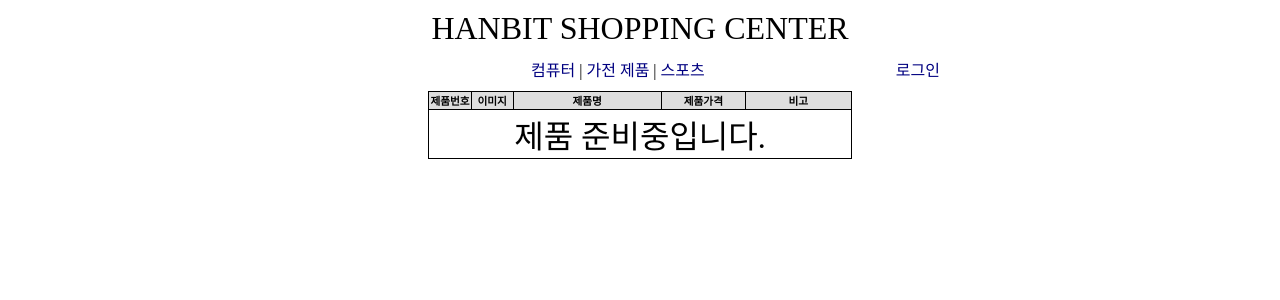
Repository: xlz5000/ICT
Page: http://localhost/spring_mvc02/WEB-INF/views/day08/product_list.jsp
These files come from the project's save history. The page is drawn as it stood at one moment and after the next save; the edit follows.
The browser window is 1280 px wide. The pictures show the whole page.
The page is served by Tomcat 9. Nobody is signed in. Other server files are loaded and not shown. The template is opened directly, without the code that normally fills it, so the values that code supplies are empty.

Above is the page before, as saved 2025-04-16 03:19:19.

### spring_mvc02/src/main/webapp/WEB-INF/views/day08/product_list.jsp
<%@ page language="java" contentType="text/html; charset=UTF-8"
	pageEncoding="UTF-8"%>

<%@ taglib prefix="c" uri="http://java.sun.com/jsp/jstl/core" %>
<%@ taglib prefix="fmt" uri="http://java.sun.com/jsp/jstl/fmt" %>
<!DOCTYPE html>
<html>
<head>
<meta charset="UTF-8">
<title>Insert title here</title>
<style type="text/css">
table {
	margin: 10px auto;
	width: 600;
	border-collapse: collapse;
	font-size: 8pt;
	border-color: navy;
}

table, th, td {
	border: 1px solid black;
}

img{
	width: 100px;

}

div#log{
float: right;

}
</style>
</head>
<body>
<%@ include file="top.jsp" %>
	<table>
	<thead>
		<tr bgcolor="#dedede">
			<th width="10%">제품번호</th>
			<th width="10%">이미지</th>
			<th width="35%">제품명</th>
			<th width="20%">제품가격</th>
			<th width="25%">비고</th>
		</tr>
	</thead>
	<tbody>
		<c:choose>
			<c:when test="${empty shop_list}">
				<tr >
					<td colspan="5"><span style="font-size: 32px; margin-top: 30px; ">제품 준비중입니다.</span></td>
				</tr>
			</c:when>
			<c:otherwise>
				<c:forEach var="k" items="${shop_list }">
					<tr>

						<td>${k.p_num}</td>
						<td><img src='<c:url value="/resources/images/${k.p_image_s }" />'></td>
						<td><a href="/shop_detail?shop_idx=${k.shop_idx}">${k.p_name}</a></td>
						<td>할인가 : <fmt:formatNumber value="${k.p_saleprice }" pattern="#, ##0" />원
						<br><span style="color:red;">(할인률 : ${k.getPercent()}%)</span></td>


						<td>시중가  : <fmt:formatNumber value="${k.p_price }" pattern="#, ##0" /> 원</td>

					</tr>

				</c:forEach>

			</c:otherwise>


		</c:choose>
	</tbody>
	</table>
</body>
</html>

### spring_mvc02/src/main/webapp/WEB-INF/views/day08/top.jsp
<%@ page language="java" contentType="text/html; charset=UTF-8"
	pageEncoding="UTF-8"%>
<%@ taglib prefix="c" uri="http://java.sun.com/jsp/jstl/core" %>
<!DOCTYPE html>
<html>
<head>
<meta charset="UTF-8">
<title>Insert title here</title>
<style>
a:link {
	text-decoration: none;
	color: navy
}

a:visited {
	text-decoration: none;
	color: navy
}

a:hover {
	text-decoration: none;
	color: red
}

body {
	text-align: center
}

hr {
	width: 600px;
	border: 1px;
	color: navy;
}

div#header, div#nav {
	width: 600px;
	margin: 10px auto;
	text-align: center;
}

div#wrap {
	margin: 0 auto;
}


.title{
	font-size: 32px;

}
</style>
</head>
<body>
	<div id="wrap">

		<div id="header">
			<span class="title"> HANBIT SHOPPING CENTER </span>
		</div>

		<div id="nav">
			<a href="/day08?category=com001">컴퓨터</a> |
			<a href="/day08?category=com002">가전 제품</a> |
			<a href="/day08?category=sp003">스포츠</a>


		<div id="log">
			<c:choose>
				<c:when test="${loginchk == 'ok' }">
				 ~~~님 환영합니다. |


				</c:when>
				<c:otherwise>
					<a href="#">로그인</a>


				</c:otherwise>



			</c:choose>


			</div>
		</div>
	</div>
</body>
</html>

After the next save:
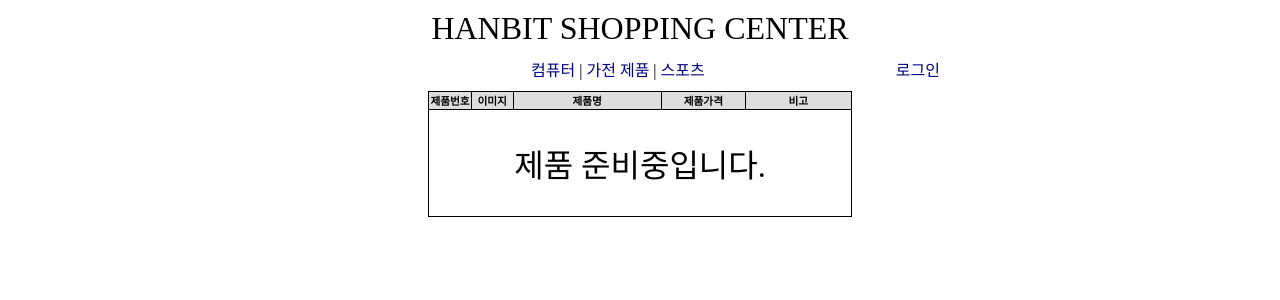
Saved 34 s later.
--- a/spring_mvc02/src/main/webapp/WEB-INF/views/day08/product_list.jsp
+++ b/spring_mvc02/src/main/webapp/WEB-INF/views/day08/product_list.jsp
@@ -48,7 +48,7 @@
 		<c:choose>
 			<c:when test="${empty shop_list}">
 				<tr >
-					<td colspan="5"><span style="font-size: 32px; margin-top: 30px; ">제품 준비중입니다.</span></td>
+					<td colspan="5" style="padding:30px;"><span style="font-size: 32px; margin-top: 30px; ">제품 준비중입니다.</span></td>
 				</tr>
 			</c:when>
 			<c:otherwise>
